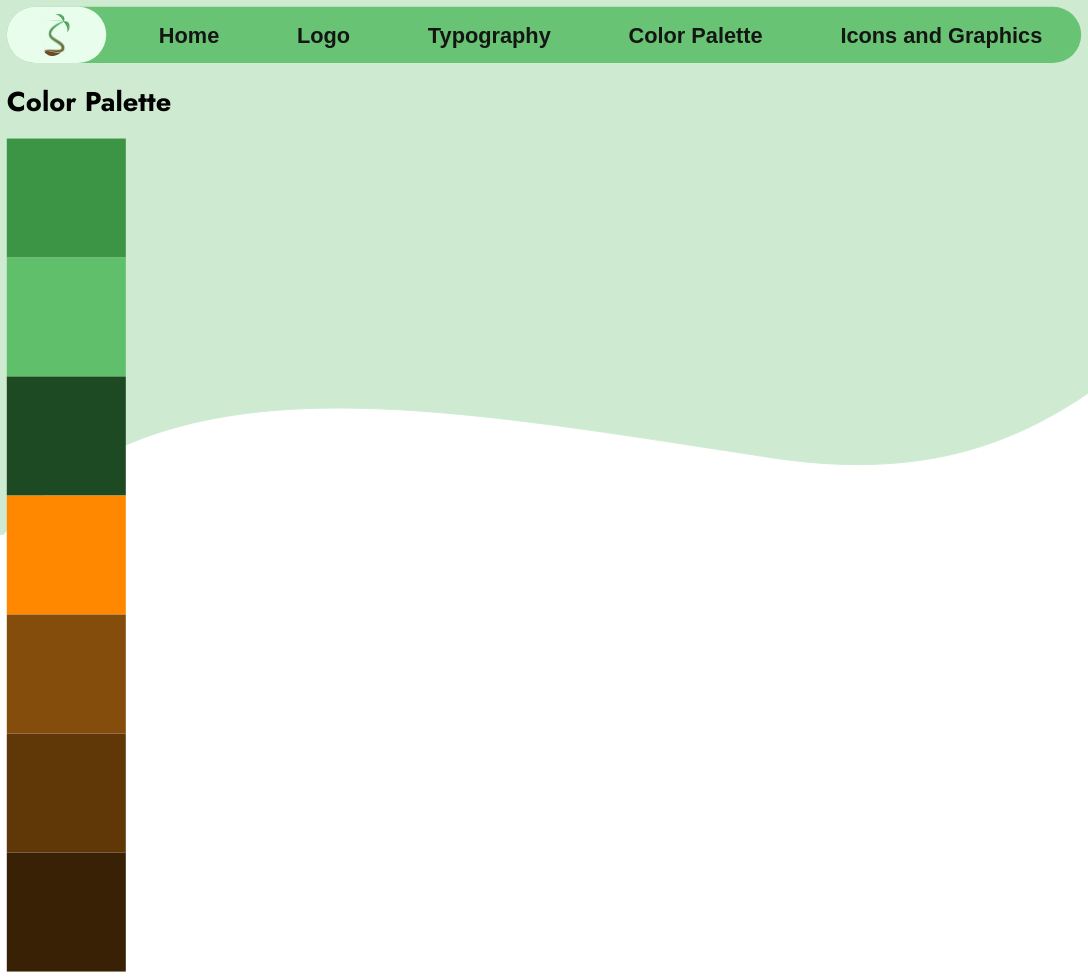
Repository: jjennbui/seedsprout_styleguide
Page: pages/colorPalette.html
An editor plug-in stored every save of this project. The page is shown before and after the next save, followed by the edit.
The browser window is 1280 px wide. The pictures show the whole page, at 85% of full size.
Some web fonts or font styles are not loaded; a fallback is used.

Above is the page before, as saved 2023-03-11 00:04:58.

### pages/colorPalette.html
<!DOCTYPE html>
<html lang="en">

<head>
    <meta charset="UTF-8">
    <meta http-equiv="X-UA-Compatible" content="IE=edge">
    <meta name="viewport" content="width=device-width, initial-scale=1.0">
    <link rel="stylesheet" href="../styles/home.css">
    <title>Document</title>
</head>
<body>

    <header>
        <div class="navBar_container">
            <div class="navBar_logo_container">
                <img src="../public/logo/Logo.svg" width="30" />
            </div>
            <div class="navBar_links_container">
                <a class="navBar_links" href="./index.html">
                    <h1>Home</h1>
                </a>
                <a class="navBar_links" href="./logo.html">
                    <h1>Logo</h1>
                </a>
                <a class="navBar_links" href="./typography.html">
                    <h1>Typography</h1>
                </a>
                <a class="navBar_links" href="./colorPalette.html">
                    <h1>Color Palette</h1>
                </a>
                <a class="navBar_links" href="./iconsAndGraphics.html">
                    <h1>Icons and Graphics</h1>
                </a>
            </div>
        </div>
    </header>

    <div>
        <h1 class="logo_text_h1">Color Palette</h1>
    </div>

    <div>
        <div class="left-color-container">
            <div class="color-forestgreen"></div>
            <div class="color-mantisgreen"></div>
            <div class="color-calpolygreen"></div>
            <div class="color-darkorange"></div>
        </div>
        <div class="right-color-container">
            <div class="color-chocolate-brown"></div>
            <div class="color-sepia-brown"></div>
            <div class="color-bistre-brown"></div>
            <div class="color-azure-blue"></div>
        </div>



    </div>
</body>
</html>

### styles/home.css
@import url('https://fonts.googleapis.com/css2?family=Jost:ital,wght@0,100;0,200;0,300;0,400;0,500;0,600;0,700;0,800;0,900;1,100;1,200;1,300;1,400;1,500;1,600;1,700;1,800;1,900&display=swap');
@import url('https://fonts.googleapis.com/css2?family=Philosopher:ital,wght@0,400;0,700;1,400;1,700&display=swap');

body {
    background-image: url(../public/background-img/background.svg);
    background-size: cover;
    background-repeat: no-repeat;
    font-family: 'Jost', sans-serif;
    font-size: 16px;
}

/**Colors*/
:root {
    --lightGreen: #EBFFEE;
    --mantisGreen: #5FBF6A;
    --sproutGreen: #3B9545;
    --polyGreen: #1D4923;
    --chocolateBrown: #844D0B;
    --seedBrown: #603808;
    --darkBrown: #392105;
    --vegeOrange: #FF8800;
    --fruitBlue: #4F86F7;
}

/**contains everything in the body*/
.main {
    padding: 3rem;
}

/**First div that holds the entire navBar*/
.navBar_container {
    width: 100%;
    background: var(--mantisGreen);
    opacity: 0.9;
    gap: 1rem;
    margin: 0;
    border-radius: 3rem;
    display: flex;
}

/**container than holds the logo in the navBar*/
.navBar_logo_container {
    display: flex;
    justify-content: center;
    align-items: center;
    background-color: var(--lightGreen);
    border-radius: 3rem;
    padding: 0.5rem;
    width: 8%;
}

/**Container that holds all the links in the navBar*/
.navBar_links_container {
    display: flex;
    align-items: center;
    justify-content: space-around;
    flex-grow: 1;
    flex-wrap: wrap;
}

/**links in the navBar*/
.navBar_links {
    font-family: 'philosopher', sans-serif;
    text-decoration: none;
    color: black;
    font-size: 0.8rem;
}

/**Body Content*/
/**container that holds body content*/
.body_container {
    display: flex;
    justify-content: center;
    align-items: flex-end;
    flex-wrap: wrap;
}

.text_container{
    display: flex;
}
/**contains text*/
.text_content {
    display: flex;
    flex-direction: column;
    justify-content: center;
    align-items: flex-start;
    width: 50vw;
    height: 70vh;
}

/**home text content*/
.home_content_headerOne {
    font-size: 5rem;
    margin: 0;
    line-height: 5.5rem;
}

.home_content_headerFour {
    font-size: 2rem;
    margin-top: 2rem;
    margin-bottom: 0.2rem;
    font-weight: 400;
    color: var(--polyGreen);
    line-height: 2.5rem;
}

.home_content_p {
    font-size: 1rem;
    margin: 0;
}

.body_content_logo_container{
    display: flex;
    flex-direction: column;
    justify-content: flex-start;
}
/**home page logo in body content*/
.body_content_logo {
    width: 22rem;
}

.logo_shadow{
    background-color: black;
    height: 1rem;
    border-radius: 100%;
    opacity: 0.2;
}

/** color-palette style*/
.color-forestgreen{
    height: 140px;
    width: 140px;
    background-color: #3B9545;

}
.color-mantisgreen{
    height: 140px;
    width: 140px;
    background-color:#5FBF6A;
}
.color-calpolygreen{
    height: 140px;
    width: 140px;
    background-color:#1D4923;
}
.color-darkorange{
    height: 140px;
    width: 140px;
    background-color:#FF8800;
}
.color-chocolate-brown{
    height: 140px;
    width: 140px;
    background-color:#844D0B;
}
.color-sepia-brown{
    height: 140px;
    width: 140px;
    background-color:#603808;
}
.color-bistre-brown{
    height: 140px;
    width: 140px;
    background-color:#392105;
}
.color-azure{
    height: 140px;
    width: 140px;
    background-color:#392105;
}




/**Need to add breaking points for responsiveness*/

After the next save:
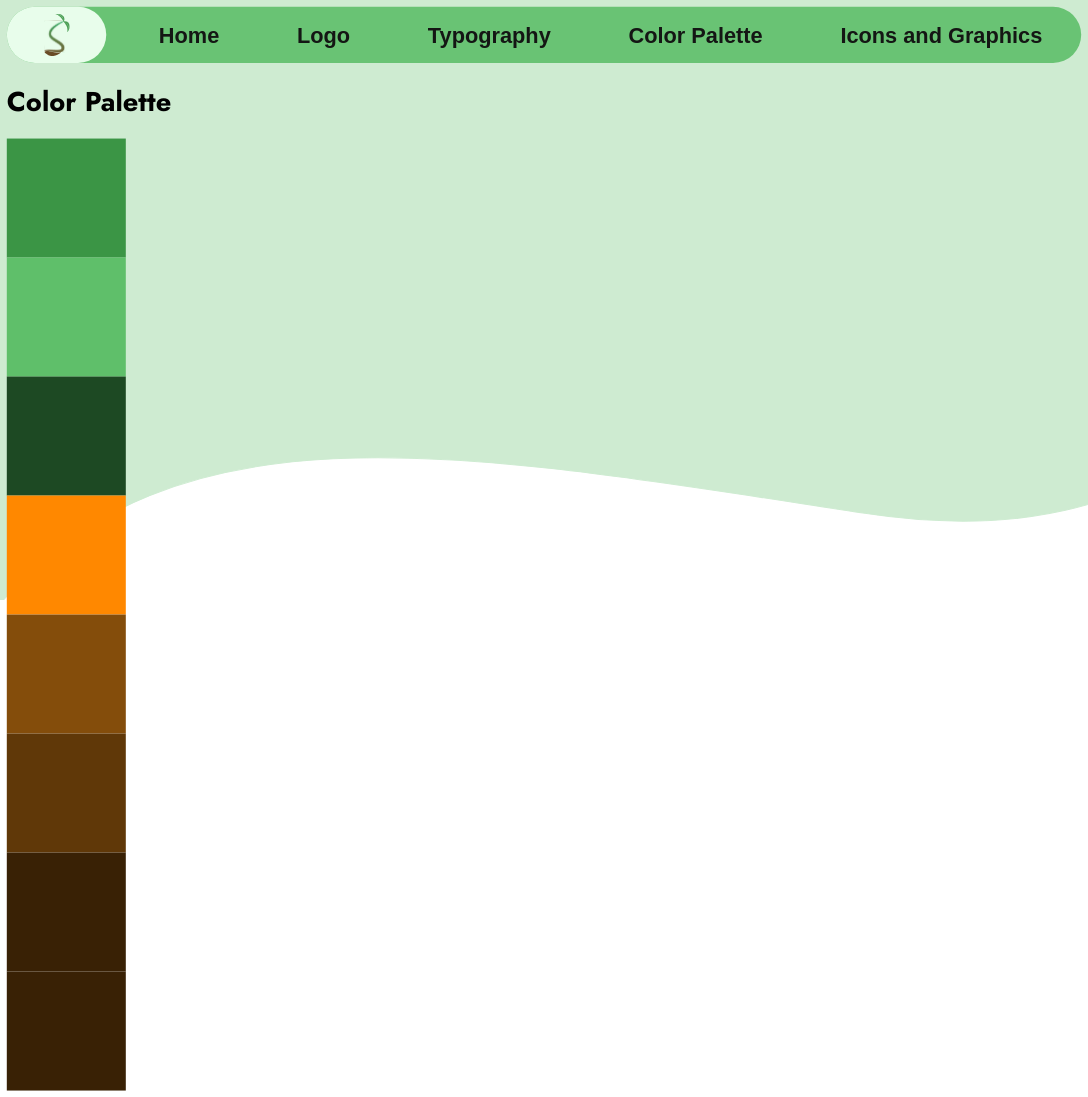
Saved 1 s later.
--- a/styles/home.css
+++ b/styles/home.css
@@ -163,7 +163,7 @@
     width: 140px;
     background-color:#392105;
 }
-.color-azure{
+.color-azure-blue{
     height: 140px;
     width: 140px;
     background-color:#392105;
